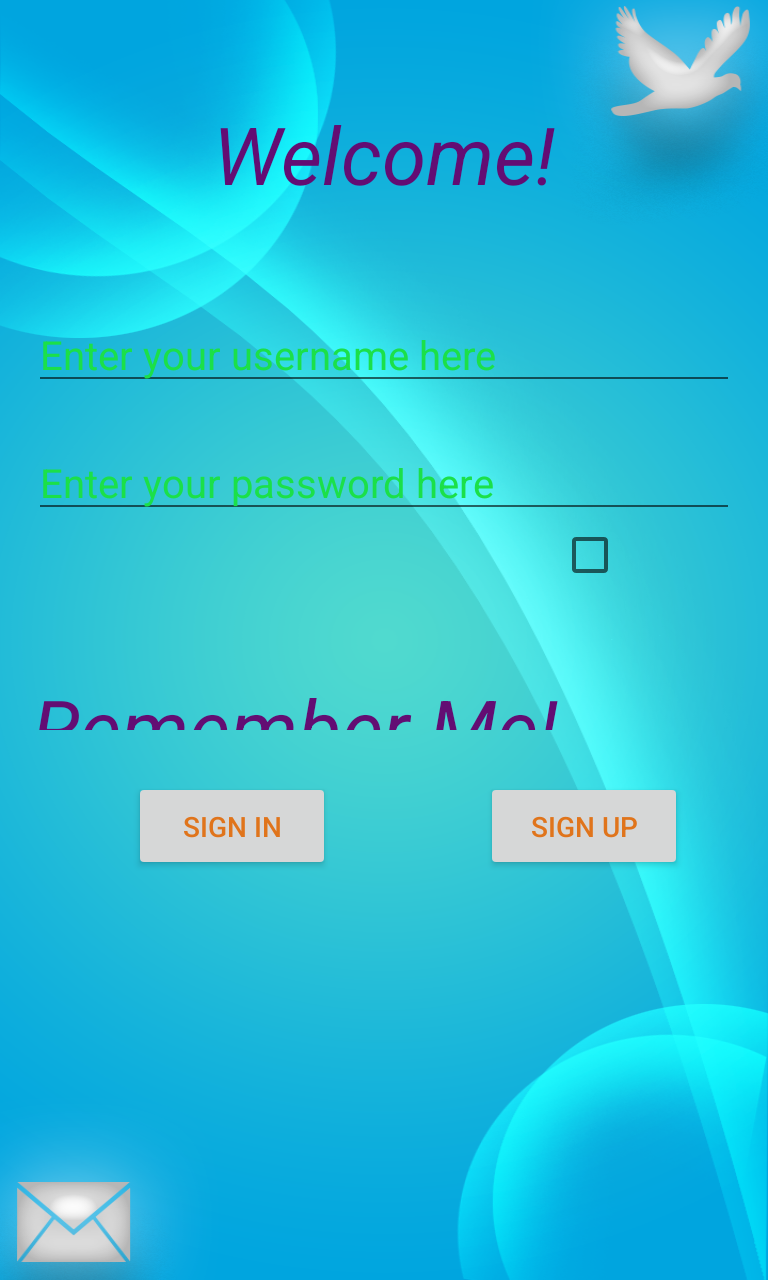
Repository: JodyCoolit/android
Layout: Delivery/res/layout/activity_login.xml
An editor plug-in stored every save of this project. The layout is shown before and after the next save, followed by the edit.
It is drawn on a 768 x 1280 px phone screen (xhdpi) without system bars, with theme AppTheme; the app's code is not run.

Above is the layout before, as saved 2014-08-25 02:25:14.

### Delivery/res/layout/activity_login.xml
<?xml version="1.0" encoding="utf-8"?>
<LinearLayout xmlns:android="http://schemas.android.com/apk/res/android"
    android:layout_width="match_parent"
    android:layout_height="match_parent"
    android:paddingLeft="16dp"
    android:paddingRight="16dp"
    android:orientation="vertical"
    android:background="@drawable/bg_login"
    >

    <TextView
        android:layout_marginTop="50sp"
        android:layout_width="wrap_content"
        android:layout_height="wrap_content"
        android:text="@string/welcome"
        android:textSize="40sp"
        android:layout_gravity="center"
        android:textStyle="italic"
        android:textColor="#630D73"
         />
	<EditText
	    android:id="@+id/et_login_username"
	    android:singleLine="true"
	    android:textColorHint="#1BE049"
	    android:textColor="#1BE011"
	    android:layout_marginTop="50sp"
	    android:textSize="20sp"
        android:layout_width="match_parent"
        android:layout_height="wrap_content"
        android:hint="@string/hint_username" />
    <EditText
        android:id="@+id/et_login_password"
        android:singleLine="true"
        android:textColor="#1BE011"
        android:textColorHint="#1BE049"
        android:layout_marginTop="20sp"
        android:textSize="20sp"
        android:layout_width="match_parent"
        android:layout_height="wrap_content"
        android:gravity="top"
        android:inputType="textPassword"
        android:hint="@string/hint_password" />

    <LinearLayout
        android:layout_width="match_parent"
    	android:layout_height="wrap_content"
    	android:orientation="horizontal">
    	<TextView
        android:layout_marginTop="50sp"
        android:layout_width="wrap_content"
        android:layout_height="wrap_content"
        android:text="@string/rememberMe"
        android:textSize="40sp"
        android:layout_gravity="center"
        android:textStyle="italic"
        android:textColor="#630D73"
         />
    	<CheckBox
        android:id="@+id/cb_rememberMe"
        android:layout_width="wrap_content"
        android:layout_height="wrap_content"
        />
    </LinearLayout>
    <LinearLayout
        android:layout_width="match_parent"
    	android:layout_height="wrap_content">
        <Button
            android:id="@+id/btn_signin"
	        android:textColor="#E0741B"
	        android:layout_marginTop="10sp"
	        android:layout_marginLeft="50sp"
	        android:layout_width="100dp"
	        android:layout_height="wrap_content"
	        android:layout_gravity="center"
	        android:text="@string/btn_signin" />

        <ProgressBar
        android:id="@+id/pb_login"
        style="?android:attr/progressBarStyleLarge"
        android:layout_width="wrap_content"
        android:layout_height="wrap_content" />

     	<Button
         	android:id="@+id/btn_signup"
	        android:textColor="#E0741B"
	        android:layout_marginTop="10sp"
	        android:layout_marginLeft="0sp"
	        android:layout_width="100dp"
	        android:layout_height="wrap_content"
	        android:layout_gravity="center"
	        android:text="@string/btn_signup" />
    </LinearLayout>

</LinearLayout>

### Delivery/res/values/strings.xml
<?xml version="1.0" encoding="utf-8"?>
<resources>
    <string name="app_name">Delivery</string>
    <string name="signup">Sign Up</string>

    <!-- LoginActivity -->
    <string name="welcome">Welcome!</string>
    <string name="rememberMe"> Remember Me!</string>
	<string name="btn_signin">Sign in</string>
	<string name="btn_signup">Sign up</string>
	<string name="hint_username">Enter your username here</string>
	<string name="hint_password">Enter your password here</string>

	<!--  SignupActivity -->
	<string name="tv_signup_username">Username : </string>
	<string name="tv_signup_password">Password : </string>
	<string name="hint_signup_username">E-mail/Username/IC</string>
	<string name="hint_signup_password">Case Sencetive</string>
	<string name="hint_signup_address">Address for delivery</string>
	<string name="tv_signup_phone">Phone : </string>
	<string name="tv_signup_email">E-mail : </string>
	<string name="tv_signup_address">Address : </string>
	<string name="btn_signup_register">Register Now!</string>
</resources>

Loaded but not shown: Delivery/res/values/styles.xml (common file); Delivery/res/values-v11/styles.xml (common file); Delivery/res/values-v14/styles.xml (common file)

After the next save:
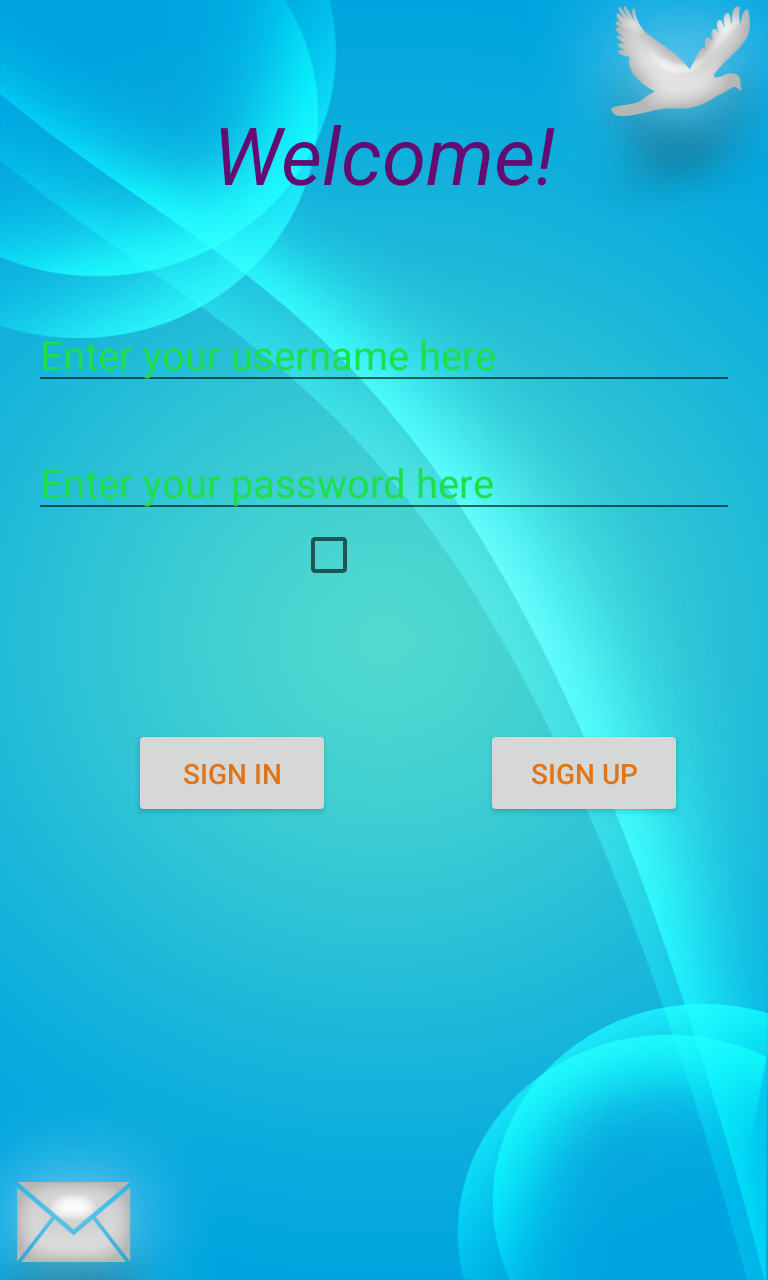
Saved 14 s later.
--- a/Delivery/res/layout/activity_login.xml
+++ b/Delivery/res/layout/activity_login.xml
@@ -50,7 +50,7 @@
         android:layout_width="wrap_content"
         android:layout_height="wrap_content"
         android:text="@string/rememberMe"
-        android:textSize="40sp"
+        android:textSize="20sp"
         android:layout_gravity="center"
         android:textStyle="italic"
         android:textColor="#630D73"
